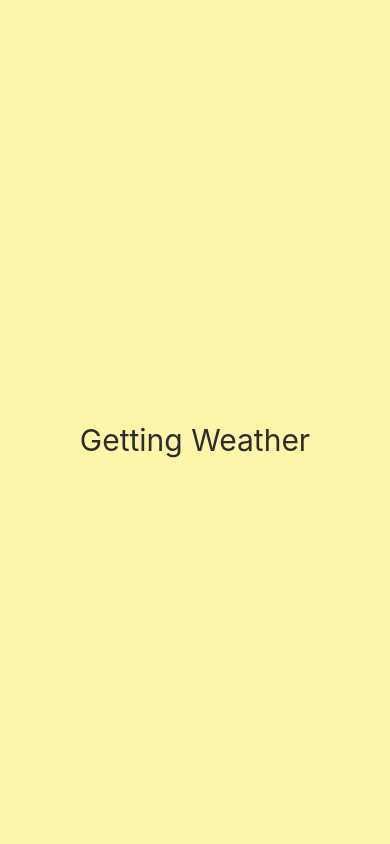
Repository: Exchallenger/Weather-app
Screen: /
The author's editor kept a copy of each file at every save. The screen is drawn from the files as they stood at one save, then again after the next save.
The app was drawn by React Native's web renderer in a window 390 px wide. The project was rebuilt for these pictures with package versions that can differ from the ones it lists, and the page was loaded fresh each time. Also part of the build but not shown: weather.js.

Above is the screen before, as saved 2021-01-15 15:11:41.

After the next save:
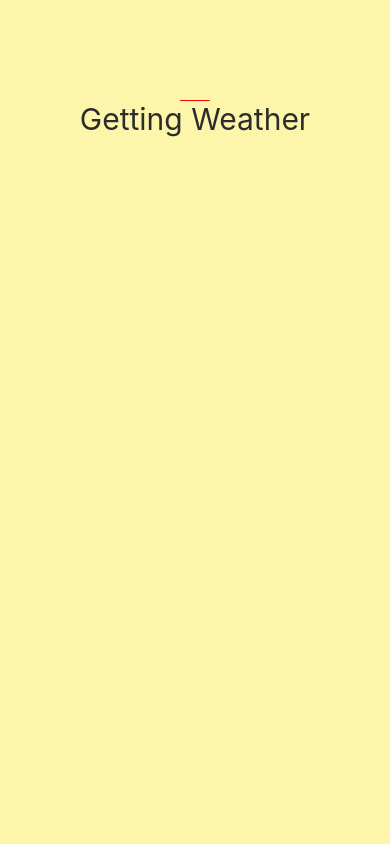
Saved 10 s later.
--- a/loading.js
+++ b/loading.js
@@ -24,10 +24,11 @@ const styles = StyleSheet.create({
         fontSize:30,
     },
     load:{
-        flex:1,
+
         justifyContent:"center",
         alignItems:"center",
-
+        width:30,
+        height:1,
         backgroundColor:'red',
         borderRadius:50,
     }
